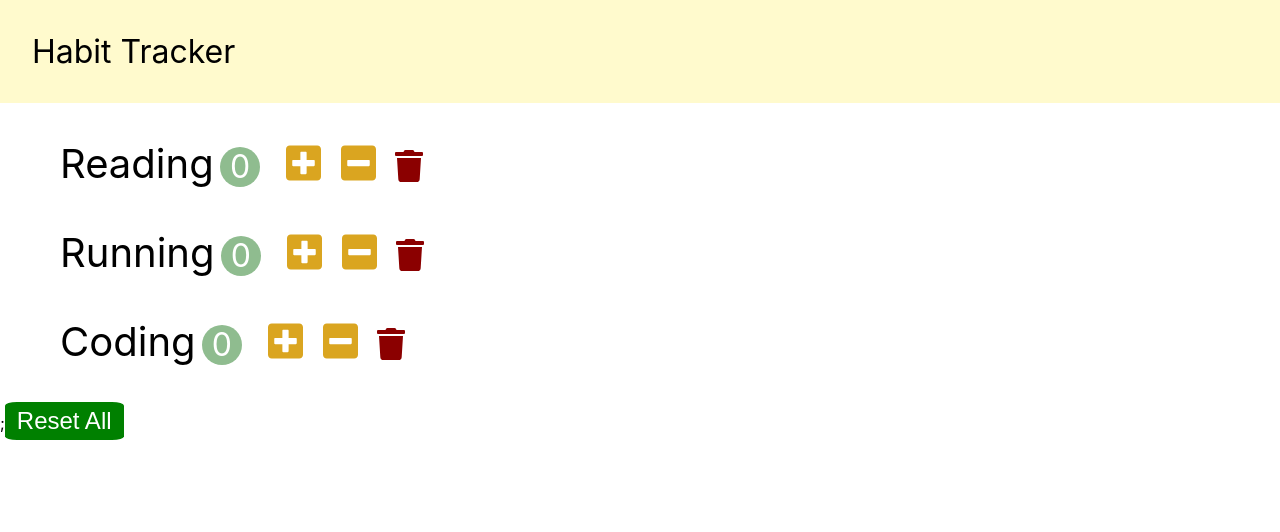
Repository: BokyungJeon/react-habit-tracker
Page: /
The author's editor kept a copy of each file at every save. The page is drawn from the files as they stood at one save, then again after the next save.
The browser window is 1280 px wide. The pictures show the whole page.
The project was rebuilt for these pictures with package versions that can differ from the ones it lists, and the page was loaded fresh each time.

Above is the page before, as saved 2021-09-30 18:55:51.

### src/index.js
import React from "react";
import ReactDOM from "react-dom";
import "./index.css";
import App from "./App.jsx";
import "@fortawesome/fontawesome-free/js/all.js";

ReactDOM.render(
  <React.StrictMode>
    <App />
  </React.StrictMode>,
  document.getElementById("root")
);

### src/App.jsx
import React, { Component } from "react";
import "./App.css";
import Habits from "./components/habits";

class App extends Component {
  render() {
    return (
      <div>
        <header className="navbar">
          <span>Habit Tracker</span>
        </header>
        <Habits />;<button className="add-button">Reset All</button>
      </div>
    );
  }
}

export default App;

### src/App.css
* {
  /* padding과 border가 width와 height에 포함되도록함 */
  box-sizing: border-box;
}

/* 버튼 초기화 */
button {
  outline: none;
  border: 0;
  cursor: pointer;
}

.navbar {
  font-size: 2rem;
  padding: 1em;
  background-color: lemonchiffon;
}

.navbar-logo {
  color: green;
  margin-right: 0.5em;
}

.navbar-count {
  display: inline-block;
  text-align: center;
  font-size: 2rem;
  width: 2.5rem;
  height: 2.5rem;
  margin-left: 0.3em;
  background-color: green;
  color: white;
  border-radius: 50%;
}

.habits {
  padding: 0.5em;
  padding-top: 2em;
}

.add-form {
  padding-top: 1em;
  margin-left: 2em;
}

.add-input {
  font-size: 1.5rem;
  margin-right: 0.2em;
}

.add-button {
  height: 90%;
  font-size: 1.5rem;
  padding: 0.3rem 0.5em;
  background-color: green;
  color: white;
  border-radius: 10%;
}

.habit {
  font-size: 2.5rem;
  padding: 0.5em;
  list-style: none;
}

.habit-count {
  display: inline-block;
  text-align: center;
  font-size: 2rem;
  width: 2.5rem;
  height: 2.5rem;
  margin-left: 0.2em;
  margin-right: 0.5em;
  background-color: darkseagreen;
  color: white;
  border-radius: 50%;
}

.habit-button {
  font-size: 2.5rem;
  margin: 0 0.1em;
  background-color: transparent;
}

.habit-button:hover {
  opacity: 0.8;
}

.habit-increase,
.habit-decrease {
  color: goldenrod;
}

.habit-delete {
  font-size: 2rem;
  color: darkred;
}

.habits-reset {
  font-size: 1.5rem;
  padding: 0.2em 1em;
  background-color: green;
  color: white;
  margin-left: 2em;
}

### src/components/habits.jsx
import React, { Component } from "react";
import Habit from "./habit";

class habits extends Component {
  state = {
    habits: [
      // id는 key를 위해 지정
      { id: 1, name: "Reading", count: 0 },
      { id: 2, name: "Running", count: 0 },
      { id: 3, name: "Coding", count: 0 },
    ],
  };

  handleIncreament = (habit) => {
    console.log(`handleIncrement ${habit.name}`);
    const habits = [...this.state.habits]; // 새로운 배열껍데기에 배열 내용을 하나하나 복사해옴(주소값 복사한 것이기 때문에 같은 개체임)
    const index = habits.indexOf(habit);
    habits[index].count++;
    this.setState({ habits }); // { habits: habits } 키와 밸류가 같으면 생략가능
    // 아래처럼 리액트에서 state 오브젝트를 직접 수정하는 것은 좋지 않다.
    // habit.count++;
    // this.setState(this.state);
  };

  handleDecreament = (habit) => {
    console.log(`handleDecrement ${habit.name}`);
    const habits = [...this.state.habits];
    const index = habits.indexOf(habit);
    const count = habits[index].count - 1;
    habits[index].count = count < 0 ? 0 : count; // 직접수정하므로 좋지않은 코드
    this.setState({ habits });
  };

  handleDelete = (habit) => {
    console.log(`handleDelete ${habit.name}`);
    const habits = this.state.habits.filter((item) => item.id !== habit.id);
    this.setState({ habits });
  };

  render() {
    return (
      <ul>
        {this.state.habits.map((habit) => (
          // key에 고유한 값을 지정해 주어 리액트의 불필요한 재렌더링을 방지해 성능을 개선한다.
          // 배열의 인덱스는 사용금지. 같은 아이템도 순서가 바뀌면 배열의 인덱스가 바뀌는데 키 값이 되면 동일한 오브젝트여도 인식하지 못함.
          <Habit
            key={habit.id}
            habit={habit}
            onIncreament={this.handleIncreament}
            onDecreament={this.handleDecreament}
            onDelete={this.handleDelete}
          />
        ))}
      </ul>
    );
  }
}

export default habits;

### src/components/habit.jsx
import React, { Component } from "react";

class Habit extends Component {
  handleIncreament = () => {
    this.props.onIncreament(this.props.habit);
  };

  handleDecreament = () => {
    this.props.onDecreament(this.props.habit);
  };

  handleDelete = () => {
    this.props.onDelete(this.props.habit);
  };

  render() {
    const { name, count } = this.props.habit;
    return (
      <li className="habit">
        <span className="habit-name">{name}</span>
        <span className="habit-count">{count}</span>
        <button
          className="habit-button habit-increase"
          onClick={this.handleIncreament}
          // 함수에 전달되는 인자와 그 안에서 호출하는 인자가 동일한 경우 문법을 간소화 할 수 있다.
          // onClick={(event) => this.handleIncreament(event)}의 문법 간소화
          // onClick={(event) => this.makeMeal(this.rice)}처럼 전달되는 인자가 다른 경우에는 생략할 수 없다.
        >
          <i className="fas fa-plus-square"></i>
        </button>
        <button
          className="habit-button habit-decrease"
          onClick={this.handleDecreament}
        >
          <i className="fas fa-minus-square"></i>
        </button>
        <button
          className="habit-button habit-delete"
          onClick={this.handleDelete}
        >
          <i className="fas fa-trash"></i>
        </button>
      </li>
    );
  }
}

export default Habit;

Loaded but not shown: public/index.html (common file); src/index.css (common file)

After the next save:
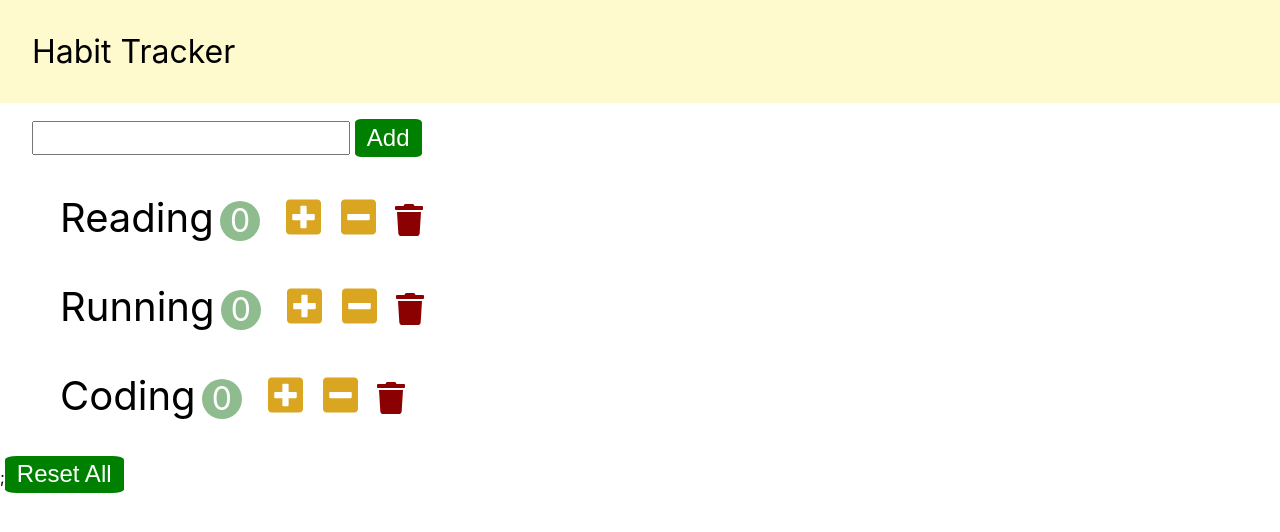
Saved 59 s later.
--- a/src/App.jsx
+++ b/src/App.jsx
@@ -9,6 +9,10 @@ class App extends Component {
         <header className="navbar">
           <span>Habit Tracker</span>
         </header>
+        <form className="add-form">
+          <input type="text" className="add-input" />
+          <button className="add-button">Add</button>
+        </form>
         <Habits />;<button className="add-button">Reset All</button>
       </div>
     );
